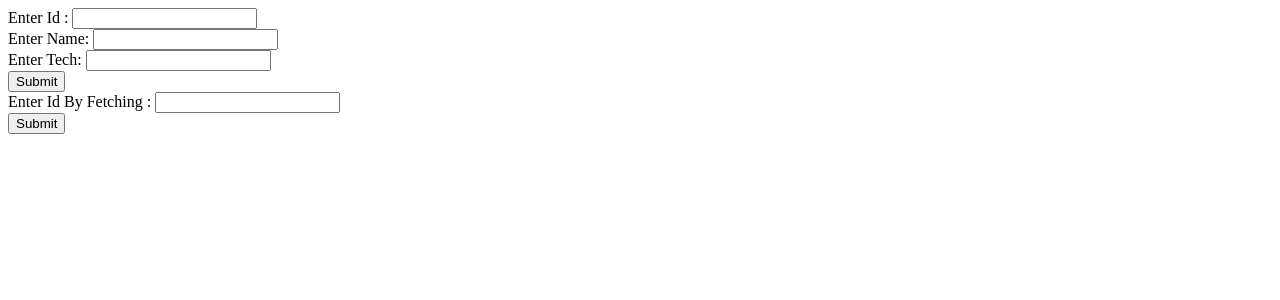
Repository: yuvan11/SBootExamples
Page: http://localhost/SpringBootJPA/home.jsp
An editor plug-in stored every save of this project. The page is shown before and after the next save, followed by the edit.
The browser window is 1280 px wide. The pictures show the whole page.
The page is served by Tomcat 9. Other server files are loaded and not shown.

Above is the page before, as saved 2020-08-04 15:21:48.

### SpringBootJPA/src/main/webapp/home.jsp
<%@ page language="java" contentType="text/html; charset=ISO-8859-1"
    pageEncoding="ISO-8859-1"%>
<!DOCTYPE html>
<html>
<head>
<meta charset="ISO-8859-1">
<title>Insert title here</title>
</head>
<body>

<form action="addAlien">
Enter Id  :  <input type="text" name="aid"><br>
Enter Name:  <input type="text" name="aname"><br>
Enter Tech: <input type = "text" name = "tech"><br>
<input type="submit"><br>
</form>

<form action="getAlien">
Enter Id By Fetching : <input type="text" name="aid"><br>
<input type="submit"><br>
</form>

</body>
</html>

After the next save:
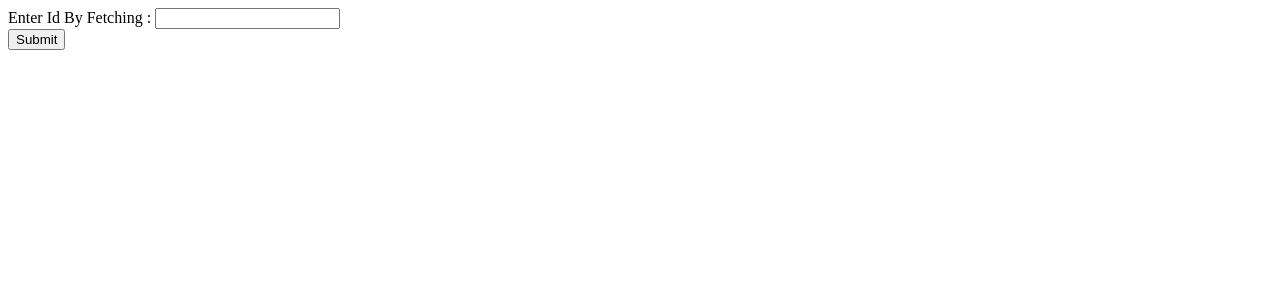
Saved 2 min 16 s later.
--- a/SpringBootJPA/src/main/webapp/home.jsp
+++ b/SpringBootJPA/src/main/webapp/home.jsp
@@ -7,13 +7,14 @@
 <title>Insert title here</title>
 </head>
 <body>
-
+<%--
 <form action="addAlien">
 Enter Id  :  <input type="text" name="aid"><br>
 Enter Name:  <input type="text" name="aname"><br>
 Enter Tech: <input type = "text" name = "tech"><br>
 <input type="submit"><br>
 </form>
+--%>
 
 <form action="getAlien">
 Enter Id By Fetching : <input type="text" name="aid"><br>
